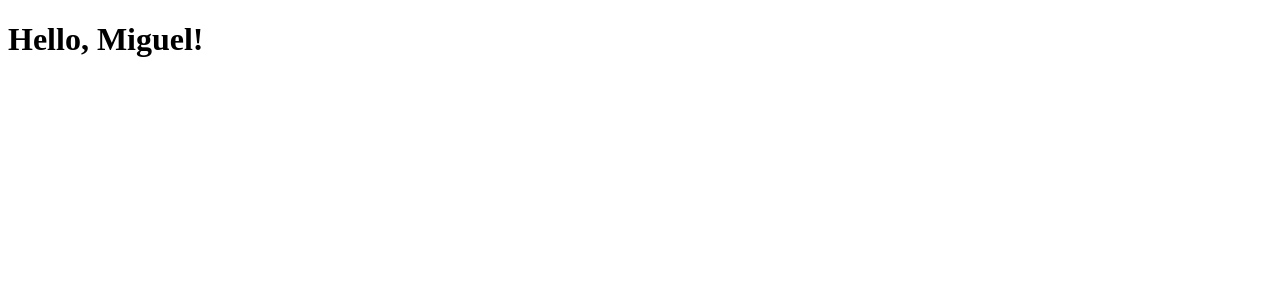
Repository: Matsikembareb/myPowervision
Page: http://localhost/
The author's editor kept a copy of each file at every save. The page is drawn from the files as they stood at one save, then again after the next save.
The browser window is 1280 px wide. The pictures show the whole page.
The page is served by the project's application, run on Flask 3 (03prototype_microblog/app/__init__.py). Other server files are loaded and not shown.

Above is the page before, as saved 2025-09-11 11:57:38.

### 03prototype_microblog/app/templates/index.html
<!DOCTYPE html>
<html lang="en">
<head>
    <meta charset="UTF-8">
    <meta name="viewport" content="width=device-width, initial-scale=1.0">
    {% if title %}
    <title>{{ title }} - Microblog</title>
    {% else %}
    <title>Welcome to Microblog!</title>
    {% endif %}
</head>
<body>
    <h1>Hello, {{ user.username }}!</h1>
</body>
</html>

### 03prototype_microblog/app/routes.py
from flask import render_template
from app import app

@app.route('/')
@app.route('/index')
def index():
    user = {'username': 'Miguel'}
    return render_template('index.html', title='Home', user=user)

Loaded but not shown: 03prototype_microblog/app/__init__.py (common file)

After the next save:
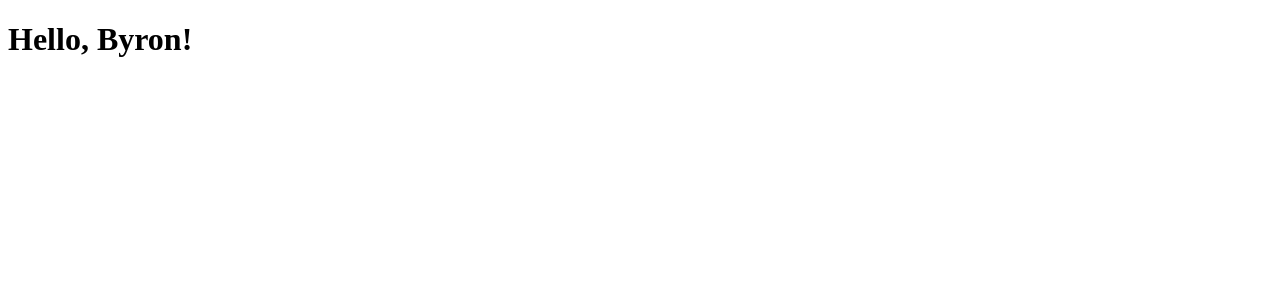
Saved 1 s later.
--- a/03prototype_microblog/app/routes.py
+++ b/03prototype_microblog/app/routes.py
@@ -4,5 +4,15 @@
 @app.route('/')
 @app.route('/index')
 def index():
-    user = {'username': 'Miguel'}
-    return render_template('index.html', title='Home', user=user)
+    user = {'username': 'Byron'}
+    posts = [
+        {
+            'author': {'username': 'John'},
+            'body': 'Beautiful day in Portland!'
+        },
+        {
+            'author': {'username': 'Susan'},
+            'body': 'The Avengers movie was so cool!'
+        }
+    ]
+    return render_template('index.html', title='Home', user=user, posts=posts)
